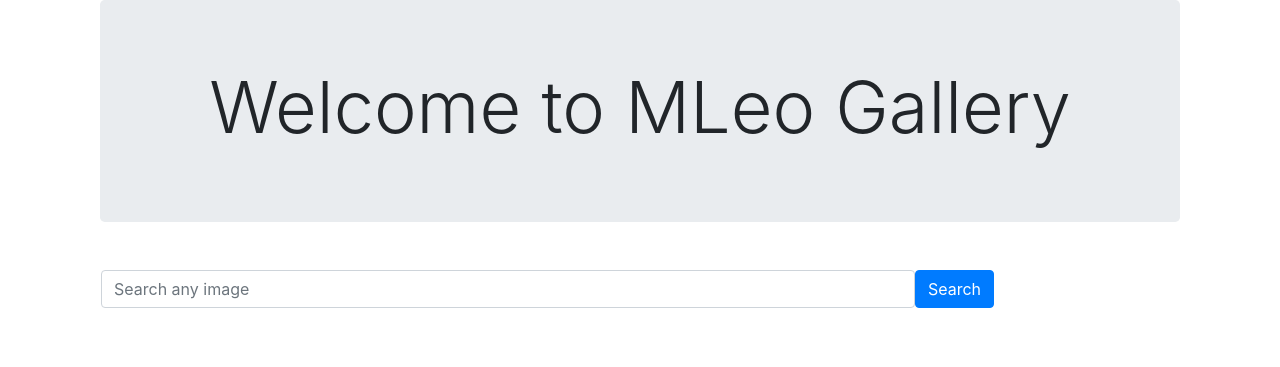
Repository: the-manohar/gallery
Page: /
An editor plug-in stored every save of this project. The page is shown before and after the next save, followed by the edit.
The browser window is 1280 px wide. The pictures show the whole page.
The project was rebuilt for these pictures with package versions that can differ from the ones it lists, and the page was loaded fresh each time.

Above is the page before, as saved 2020-06-18 23:57:24.

### src/index.js
import React from "react";
import ReactDOM from "react-dom";
import "./index.css";
import "bootstrap/dist/css/bootstrap.css";
import App from "./App";
import * as serviceWorker from "./serviceWorker";

ReactDOM.render(
  <React.StrictMode>
    <App />
  </React.StrictMode>,
  document.getElementById("root")
);

// If you want your app to work offline and load faster, you can change
// unregister() to register() below. Note this comes with some pitfalls.
// Learn more about service workers: https://bit.ly/CRA-PWA
serviceWorker.unregister();

### src/App.js
import React, { useState } from "react";
import { Button, InputGroup, Input, Jumbotron, Spinner } from "reactstrap";

import "./App.css";

function App() {
  const [value, setValue] = useState("");
  const [result, setResult] = useState([]);
  const fetchImages = () => {
    fetch(
      `https://api.unsplash.com/search/photos/?client_id=V38aA4zOjg1Xb1lBpNRUAK8duXvqwhDHHJbssXB_Pps&query=${value}&orientation=squarish&per_page=18`
    )
      .then((res) => res.json())
      .then((data) => {
        setResult(data.results);
      });
  };
  return (
    <div className="container App">
      <div className="col-md-12 col-sm-10 col-xs-12">
        <Jumbotron>
          <h1 className="display-3">Welcome to MLeo Gallery</h1>
        </Jumbotron>
      </div>
      <div className="d-flex p-3 col-sm-12 col-md-10 col-xs-3 ">
        <InputGroup>
          <Input
            placeholder="Search any image"
            value={value}
            onChange={(event) => setValue(event.target.value)}
          />
        </InputGroup>
        <Button color="primary" onClick={() => fetchImages()}>
          Search
        </Button>
      </div>
    </div>
  );
}

export default App;

//

### src/App.css
.App {
  text-align: center;
}
.mydiv {
  /* display: flex; */
  /* justify-content: space-around; */
  /* margin: 10px 7%; */
  box-shadow: 1px 1px 5px grey;
  /* padding: 10px; */
}
.gallery {
  display: flex;
  flex-wrap: wrap;
  justify-content: space-around;
}
.item {
  width: 30%;
  margin: 5px;
}

Loaded but not shown: public/index.html (common file); src/index.css (common file); src/serviceWorker.js (common file)

After the next save:
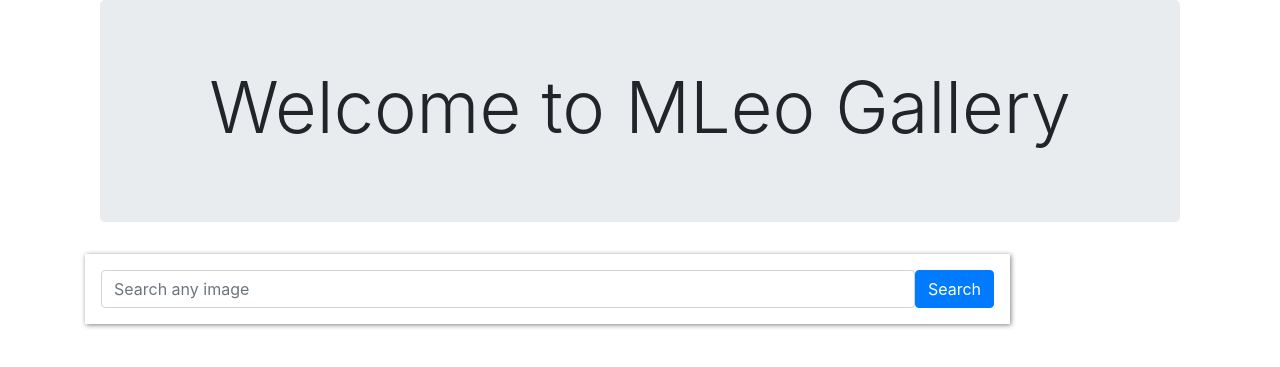
Saved 7 s later.
--- a/src/App.js
+++ b/src/App.js
@@ -22,7 +22,7 @@ function App() {
           <h1 className="display-3">Welcome to MLeo Gallery</h1>
         </Jumbotron>
       </div>
-      <div className="d-flex p-3 col-sm-12 col-md-10 col-xs-3 ">
+      <div className="d-flex p-3 mydiv col-sm-12 col-md-10 col-xs-3 ">
         <InputGroup>
           <Input
             placeholder="Search any image"
